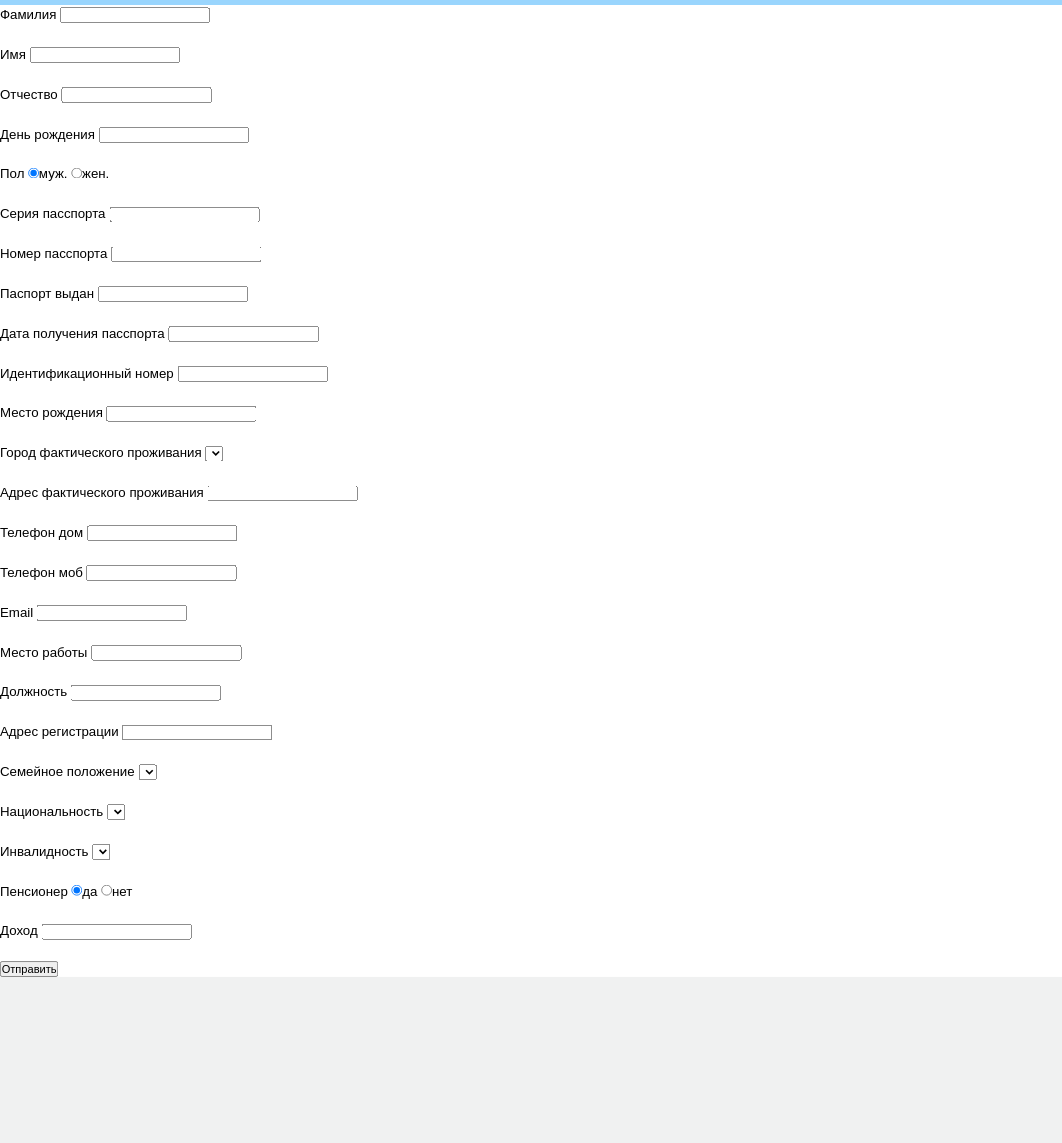
Repository: Westerte/JavaDevelopmentMay2015
Page: http://localhost/bank/jsp/common/add.jsp
An editor plug-in stored every save of this project. The page is shown before and after the next save, followed by the edit.
The browser window is 1280 px wide. The pictures show the whole page, at 83% of full size.
The page is served by Tomcat 9. Other server files are loaded and not shown. The template is opened directly, without the code that normally fills it, so the values that code supplies are empty.

Above is the page before, as saved 2015-10-01 17:16:16.

### workspace/bank/WebContent/jsp/common/add.jsp
<%@ page language="java" contentType="text/html; charset=UTF-8"
    pageEncoding="UTF-8"%>
    <%@ taglib prefix="c" uri="http://java.sun.com/jsp/jstl/core" %>
<%@ taglib prefix="ctg" uri="/WEB-INF/tld/custom.tld" %>
<%@ taglib prefix="fmt" uri="http://java.sun.com/jsp/jstl/fmt" %>
<fmt:setLocale value="${ locale }"/>
<fmt:setBundle basename="resources.messages" var="rb"/>
<fmt:setBundle basename="resources.config" var="configBundle"/>
<!DOCTYPE html PUBLIC "-//W3C//DTD HTML 4.01 Transitional//EN" "http://www.w3.org/TR/html4/loose.dtd">
<html>
<head>
<link type="text/css" rel="stylesheet" href="<c:url value="css/main.css"/>">
<meta http-equiv="Content-Type" content="text/html; charset=UTF-8">
<title>Добавить</title>
</head>
<body>
<div class="container">
		<c:import url="${configBundle.getResourceBundle().handleGetObject('path.sample.header')}"/>
		<form action="Controller" method="post">
			<!-- <input type="hidden" name="command" value="add">
			Фамилия
			<input type="text" name="secondName" value="${secondName}" >
			<br><br>
			Имя
			<input type="text" name="firstName" value="${firstName}">
			<br><br>
			Отчество
			<input type="text" name="patronimic" value="${patronimic}">
			<br><br>
			День рождения
			<input type="text" name="birthday" value="${birthday}">
			<br><br>
			Пол
			<input type="radio" name="male" checked="checked" value="male" id="male"><label for="male">муж.</label>
			<input type="radio" name="male" value="female" id="female"><label for="female">жен.</label>
			<br><br>
			Серия пасспорта
			<input type="text" name="passportSeria" value="${passportSeria}">
			<br><br>
			Номер пасспорта
			<input type="text" name="passportNumber" value="${passportNumber}">
			<br><br>
			Паспорт выдан
			<input type="text" name="passportPlace" value="${passportPlace}">
			<br><br>
			Дата получения пасспорта
			<input type="text" name="passportDate" value="${passportDate}" >
			<br><br>
			Идентификационный номер
			<input type="text" name="cid" value="${cid}" >
			<br><br>
			Место рождения
			<input type="text" name="birthPlace" value="${birthPlace}" >
			<br><br>
			Город фактического проживания
			<select name="currentCity">
			<c:forEach items = "${ cityList }" var="city">
				<option value="${ city.id }" label="${ city.name }"/>
			</c:forEach>
			</select>
			<br><br>
			Адрес фактического проживания
			<input type="text" name="currentAddress" value="${currentAddress}" >
			<br><br>
			Телефон дом
			<input type="text" name="phoneHome" value="${phoneHome}" >
			<br><br>
			Телефон моб
			<input type="text" name="phoneMobile" value="${phoneMobile}" >
			<br><br>
			Email
			<input type="text" name="email" value="${email}" >
			<br><br>
			Место работы
			<input type="text" name="workPlace" value="${workPlace}" >
			<br><br>
			Должность
			<input type="text" name="position" value="${position}">
			<br><br>
			Адрес регистрации
			<input type="text" name="registrationAddress" value="${registrationAddress}" >
			<br><br>
			Семейное положение
			<select name="martial">
			<c:forEach items = "${ martialList }" var="martial">
				<option value="${ martial.id }" label="${ martial.name }" />
			</c:forEach>
			</select>
			<br><br>
			Национальность
			<select name="nationality">
			<c:forEach items = "${ nationalityList }" var="nationality">
				<option value="${ nationality.id }" label="${ nationality.name }"/>
			</c:forEach>
			</select>
			<br><br>
			Инвалидность
			<select name="disability">
			<c:forEach items = "${ disabilityList }" var="disability">
				<option value="${ disability.id }" label="${ disability.name }"/>
			</c:forEach>
			</select>
			<br><br>
			Пенсионер
			<input type="radio" name="pensioner"  checked="checked"  value="true" id="yes"><label for="yes">да</label>
			<input type="radio" name="pensioner" value="false" id="no"><label for="no">нет</label>
			<br><br>
			Доход
			<input type="text" name="income" value="${income}" >
			<br><br>
			<input type="submit" value="Отправить">	 -->
			Фамилия
			<input type="text" name="secondName" value="${secondName}" >
			<br><br>
			Имя
			<input type="text" name="firstName" value="${firstName}">
			<br><br>
			Отчество
			<input type="text" name="patronimic" value="${patronimic}">
			<br><br>
			День рождения
			<input type="text" name="birthday" value="${birthday}">
			<br><br>
			Пол
			<input type="radio" name="male" checked="checked" value="male" id="male"><label for="male">муж.</label>
			<input type="radio" name="male" value="female" id="female"><label for="female">жен.</label>
			<br><br>
			Серия пасспорта
			<input type="text" name="passportSeria" value="${passportSeria}">
			<br><br>
			Номер пасспорта
			<input type="text" name="passportNumber" value="${passportNumber}">
			<br><br>
			Паспорт выдан
			<input type="text" name="passportPlace" value="${passportPlace}">
			<br><br>
			Дата получения пасспорта
			<input type="text" name="passportDate" value="${passportDate}" >
			<br><br>
			Идентификационный номер
			<input type="text" name="cid" value="${cid}" >
			<br><br>
			Место рождения
			<input type="text" name="birthPlace" value="${birthPlace}" >
			<br><br>
			Город фактического проживания
			<select name="currentCity">
			<c:forEach items = "${ cityList }" var="city">
				<option value="${ city.id }" label="${ city.name }"/>
			</c:forEach>
			</select>
			<br><br>
			Адрес фактического проживания
			<input type="text" name="currentAddress" value="${currentAddress}" >
			<br><br>
			Телефон дом
			<input type="text" name="phoneHome" value="${phoneHome}" >
			<br><br>
			Телефон моб
			<input type="text" name="phoneMobile" value="${phoneMobile}" >
			<br><br>
			Email
			<input type="text" name="email" value="${email}" >
			<br><br>
			Место работы
			<input type="text" name="workPlace" value="${workPlace}" >
			<br><br>
			Должность
			<input type="text" name="position" value="${position}">
			<br><br>
			Адрес регистрации
			<input type="text" name="registrationAddress" value="${registrationAddress}" >
			<br><br>
			Семейное положение
			<select name="martial">
			<c:forEach items = "${ martialList }" var="martial">
				<option value="${ martial.id }" label="${ martial.name }" />
			</c:forEach>
			</select>
			<br><br>
			Национальность
			<select name="nationality">
			<c:forEach items = "${ nationalityList }" var="nationality">
				<option value="${ nationality.id }" label="${ nationality.name }"/>
			</c:forEach>
			</select>
			<br><br>
			Инвалидность
			<select name="disability">
			<c:forEach items = "${ disabilityList }" var="disability">
				<option value="${ disability.id }" label="${ disability.name }"/>
			</c:forEach>
			</select>
			<br><br>
			Пенсионер
			<input type="radio" name="pensioner"  checked="checked"  value="true" id="yes"><label for="yes">да</label>
			<input type="radio" name="pensioner" value="false" id="no"><label for="no">нет</label>
			<br><br>
			Доход
			<input type="text" name="income" value="${income}" >
			<br><br>
			<input type="submit" value="Отправить">
		</form>
		<div id="page-buffer"></div>
	</div>
	<c:import url="${configBundle.getResourceBundle().handleGetObject('path.sample.footer')}"/>
</body>
</html>

### workspace/bank/WebContent/jsp/samples/header.jsp
<%@ page language="java" contentType="text/html; charset=UTF-8"
    pageEncoding="UTF-8"%>
<%@ taglib prefix="c" uri="http://java.sun.com/jsp/jstl/core" %>
<%@ taglib prefix="fmt" uri="http://java.sun.com/jsp/jstl/fmt" %>
<%@ taglib prefix="ctg" uri="/WEB-INF/tld/custom.tld" %>
<fmt:setLocale value="${ locale }"/>
<fmt:setBundle basename="resources.messages" var="rb"/>
<!DOCTYPE html PUBLIC "-//W3C//DTD HTML 4.01 Transitional//EN" "http://www.w3.org/TR/html4/loose.dtd">
<html>
<body>
	<header class="clear">
		<div class="container clear">
			<div class="rows clear">
				<div id="logo" class="cols col-3 clear">

				</div>
				<nav class="cols col-6 clear">
				</nav>
				<div class="cols col-3 clear">

				</div>
			</div>
		</div>
	</header>
</body>
</html>

### workspace/bank/WebContent/jsp/samples/footer.jsp
<%@ page language="java" contentType="text/html; charset=UTF-8"
    pageEncoding="UTF-8"%>
<!DOCTYPE html PUBLIC "-//W3C//DTD HTML 4.01 Transitional//EN" "http://www.w3.org/TR/html4/loose.dtd">
<html>
<body>
	<footer>

	</footer>
</body>
</html>

### workspace/bank/WebContent/css/main.css
*{  margin: 0;
	padding: 0;
	-webkit-box-sizing: border-box;
	-moz-box-sizing: border-box;
	box-sizing: border-box;
}

body {
	font: 100%/1.5em Arial, Helvetica ,sans-serif;
	color: #000;
}

html, body {
    height: 100%;
    margin: 0;
    padding: 0;
}

#content {
	heigth: auto;
}

.clear:before,
.clear:after {
	content:  " ";
	display: table;
}
.clear:after {
	clear: both;
}

.container {
    min-height: 100%;
    margin-bottom: -200px;
}
* html .container {
    height: 100%;
}
#page-buffer {
    height: 200px;
}

a {
	text-decoration: none;
	color: #999;
}

a:hover {
	color: black;
}


/*header*/
.rows {
	width: auto;
	background: #99D5FD;
	line-height: 50px;
}

header a {
	color: #fff;
}

.pushed {
	color: black;
}

#logo img {
	max-width: 100%;
	height: auto;
}

#logo {
	margin-top: 6px;
}

#user_name_or_login, #locale_switch{
	display:inline-block;
}

#locale_switch {
	margin-left: 10px;
}

.show_menu {
	font-family: "Helvetica Neue", Helvetica, Arial, sans-serif;
	box-sizing: border-box;
	moz-box-sizing: border-box;
	webkit-box-sizing: border-box;
	padding: 15px 0;
	text-decoration: none;
	color: #fff;
	text-align: center;
	display: none;
}

input[type=checkbox]{
    display: none;
}

input[type=checkbox]:checked ~ #header_menu{
    display: block;
}

#header_menu {
	display: none;
}


.show_menu {
		display: block;
}

#header_menu li {
	margin: 0 0 0 0;
	display: block;
	width: 100%;
	height: auto;
}

/*header*/

/*footer*/

footer {
	width: auto;
    height: 200px;
    background: #f0f1f1;
}


/*footer*/

/*grid*/

.container .cols {
	float: left;
	text-align: center;
}

.container .cols.col-1 ,
.container .cols.col-2 ,
.container .cols.col-3 ,
.container .cols.col-4 ,
.container .cols.col-5 ,
.container .cols.col-6 ,
.container .cols.col-7 ,
.container .cols.col-8 ,
.container .cols.col-9 ,
.container .cols.col-10 ,
.container .cols.col-11 ,
.container .cols.col-12 {width: 100%;}


@media screen and (min-width: 490px) {
	#login_form {
		width: 490px;
		margin: 10% auto;
	}
}

@media screen and (min-width: 630px) {

	#header_menu {
		margin: auto;
		list-style: none;
		width: 70%;
		display: block;
	}

	#header_menu li{
		float: left;
		width: 25%;
	}

	.show_menu {
		display: none;
	}
}

@media screen and (min-width: 1020px) {


	h1 {
		color: #000;
	}
	.container .cols.col-1 {width: 8.333333333%;}
	.container .cols.col-2 {width: 16.66666667%;}
	.container .cols.col-3 {width: 25%;}
	.container .cols.col-4 {width: 33.333333333%;}
	.container .cols.col-5 {width: 41.66666667%;}
	.container .cols.col-6 {width: 50%;}
	.container .cols.col-7 {width: 58.333333333%;}
	.container .cols.col-8 {width: 66.66666667%;}
	.container .cols.col-9 {width: 75%;}
	.container .cols.col-10 {width: 83.333333333%;}
	.container .cols.col-11 {width: 91.66666667%;}
	.container .cols.col-12 {width: 100%;}
}

/*grid*/

/*login form*/

#login_form {
	float: none;
	border: 5px solid #f0f1f1;
	background: #f8f8f8;
	font-family: trebuchet MS;
	font-size: 14px;
}

.input {
	display: block;
	float: none;
	margin: 10px auto;
}

#submit_button {
	height: 32px;
	margin-bottom: 5px;
	background: #999;
	border: 0;
	font-size: 14px;
	color: #fff;
}

#submit_button:hover {
	background: #99D5FD;
}

.fields {
	text-align: left !important;
	padding-left: 30px;
	height: 30px;
	border: 1px solid #CCC;
}

#login_field {
	background: url("../img/login.png") no-repeat 5px #fff;
}

#email_field {
	background: url("../img/email.png") no-repeat 5px #fff;
}

#password_field {
	background: url("../img/lock.png") no-repeat 5px #fff;
}

.status {
	  margin: 0 0 20px 0;
	  height: 45px;
	  line-height: 45px;
	  background: #99D5FD;
	  color: #fff;
	  font-size: 16px;
}

.red {
	background: red;
}

.hiden {
	display: none;
}

.linkable {
	cursor: pointer;
}
/*login form*/

After the next save:
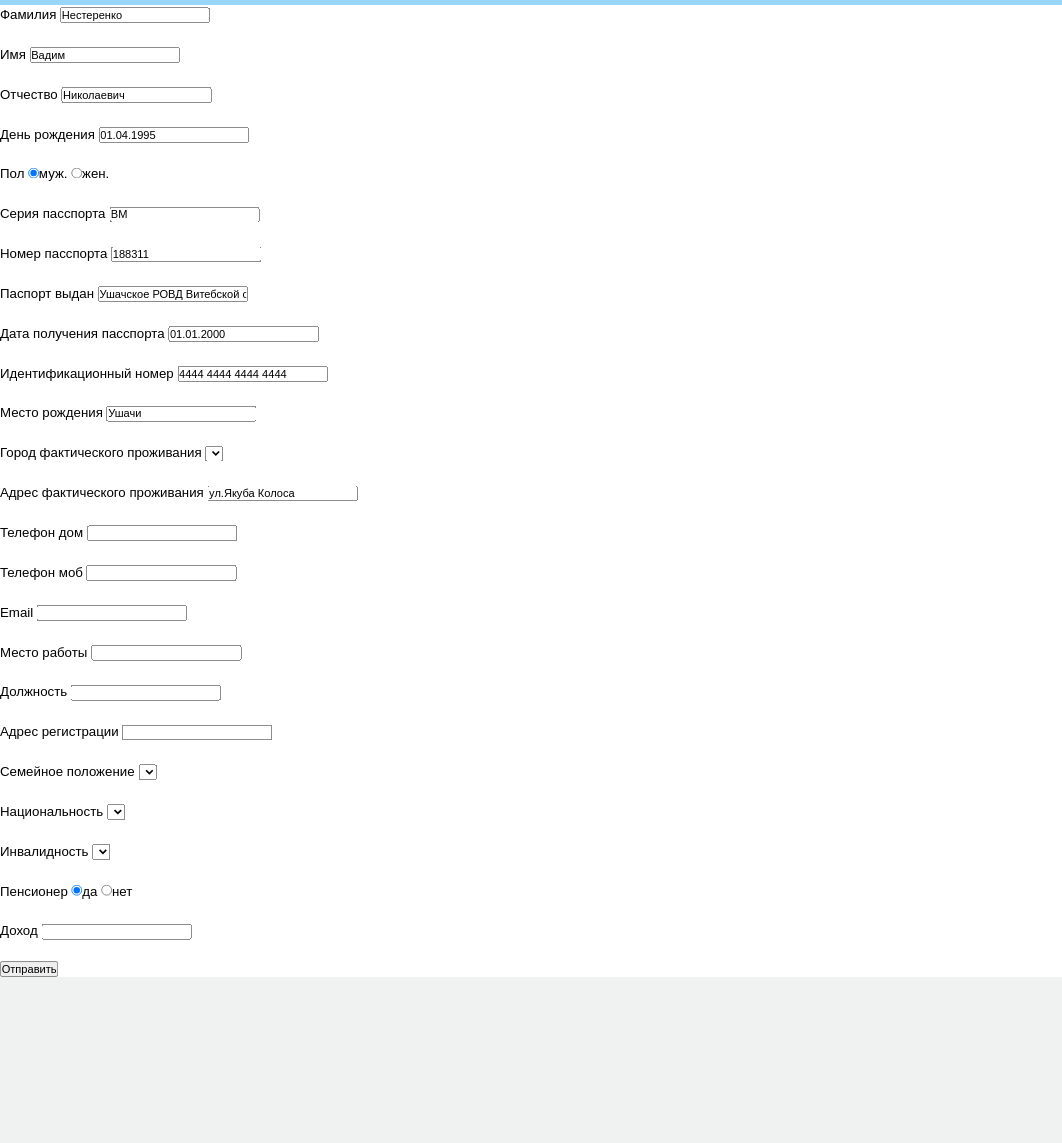
Saved 2 min 18 s later.
--- a/workspace/bank/WebContent/jsp/common/add.jsp
+++ b/workspace/bank/WebContent/jsp/common/add.jsp
@@ -110,38 +110,38 @@
 			<br><br>
 			<input type="submit" value="Отправить">	 -->
 			Фамилия
-			<input type="text" name="secondName" value="${secondName}" >
+			<input type="text" name="secondName" value="Нестеренко" >
 			<br><br>
 			Имя
-			<input type="text" name="firstName" value="${firstName}">
+			<input type="text" name="firstName" value="Вадим">
 			<br><br>
 			Отчество
-			<input type="text" name="patronimic" value="${patronimic}">
+			<input type="text" name="patronimic" value="Николаевич">
 			<br><br>
 			День рождения
-			<input type="text" name="birthday" value="${birthday}">
+			<input type="text" name="birthday" value="01.04.1995">
 			<br><br>
 			Пол
 			<input type="radio" name="male" checked="checked" value="male" id="male"><label for="male">муж.</label>
 			<input type="radio" name="male" value="female" id="female"><label for="female">жен.</label>
 			<br><br>
 			Серия пасспорта
-			<input type="text" name="passportSeria" value="${passportSeria}">
+			<input type="text" name="passportSeria" value="BM">
 			<br><br>
 			Номер пасспорта
-			<input type="text" name="passportNumber" value="${passportNumber}">
+			<input type="text" name="passportNumber" value="188311">
 			<br><br>
 			Паспорт выдан
-			<input type="text" name="passportPlace" value="${passportPlace}">
+			<input type="text" name="passportPlace" value="Ушачское РОВД Витебской области">
 			<br><br>
 			Дата получения пасспорта
-			<input type="text" name="passportDate" value="${passportDate}" >
+			<input type="text" name="passportDate" value="01.01.2000" >
 			<br><br>
 			Идентификационный номер
-			<input type="text" name="cid" value="${cid}" >
+			<input type="text" name="cid" value="4444 4444 4444 4444" >
 			<br><br>
 			Место рождения
-			<input type="text" name="birthPlace" value="${birthPlace}" >
+			<input type="text" name="birthPlace" value="Ушачи" >
 			<br><br>
 			Город фактического проживания
 			<select name="currentCity">
@@ -151,7 +151,7 @@
 			</select>
 			<br><br>
 			Адрес фактического проживания
-			<input type="text" name="currentAddress" value="${currentAddress}" >
+			<input type="text" name="currentAddress" value="ул.Якуба Колоса" >
 			<br><br>
 			Телефон дом
 			<input type="text" name="phoneHome" value="${phoneHome}" >
